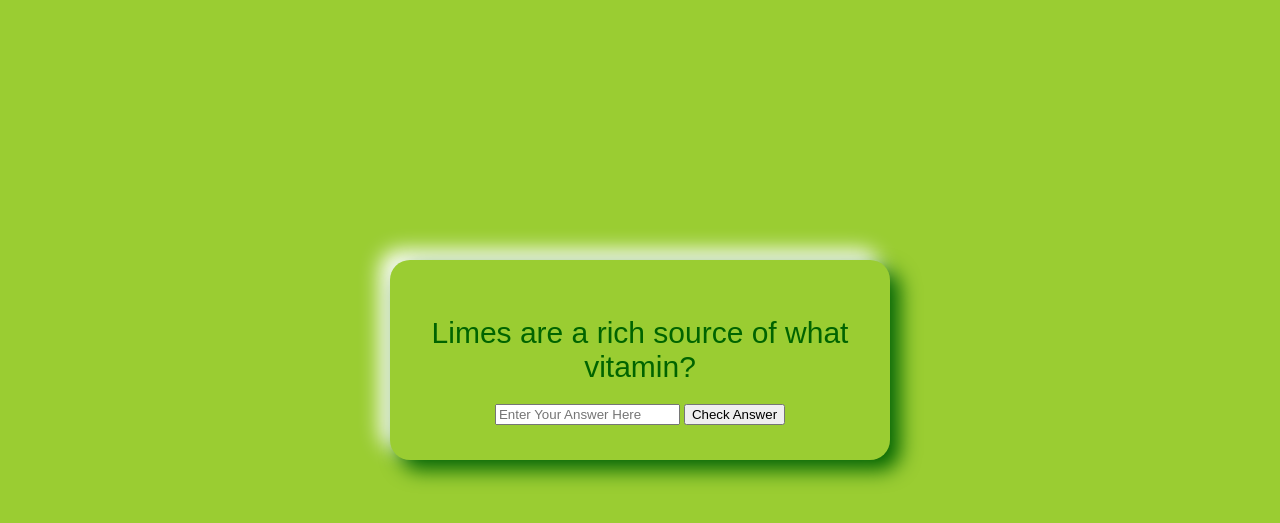
Repository: Joseph061200/Dynamic_Lab2
Page: joseph.html
These files come from the project's save history. The page is drawn as it stood at one moment and after the next save; the edit follows.
The browser window is 1280 px wide. The pictures show the whole page.

Above is the page before, as saved 2020-02-20 14:33:51.

After the next save:
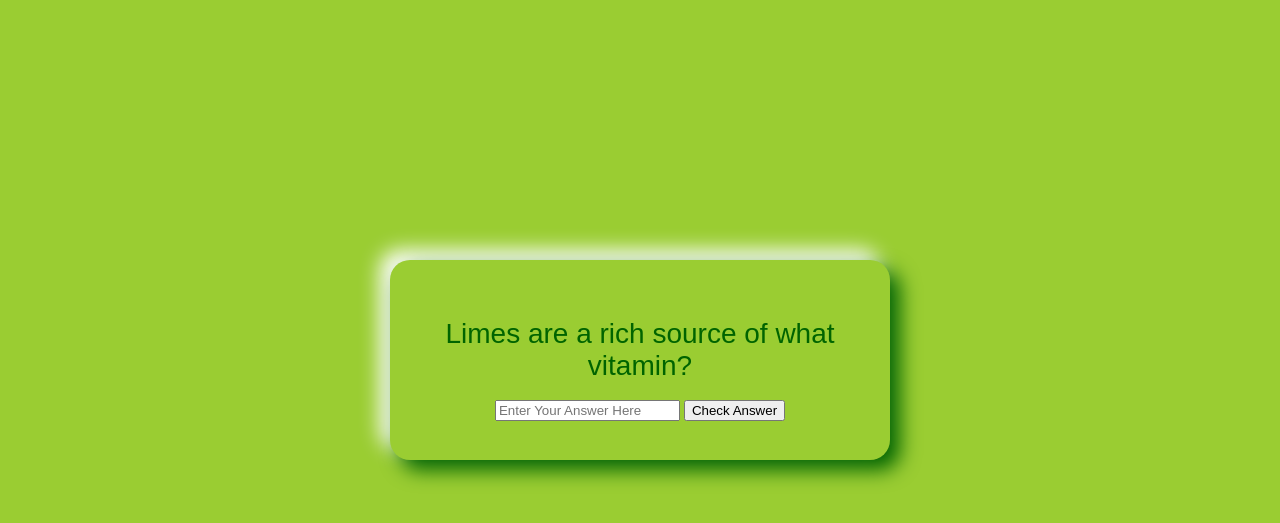
Saved 4 s later.
--- a/joseph.css
+++ b/joseph.css
@@ -23,7 +23,7 @@ body,html {
 }
 h1 {
     font-family: sans-serif;
-    font-size: 30px;
+    font-size: 28px;
     font-weight: 300;
     text-align: center;
     color: darkgreen;
